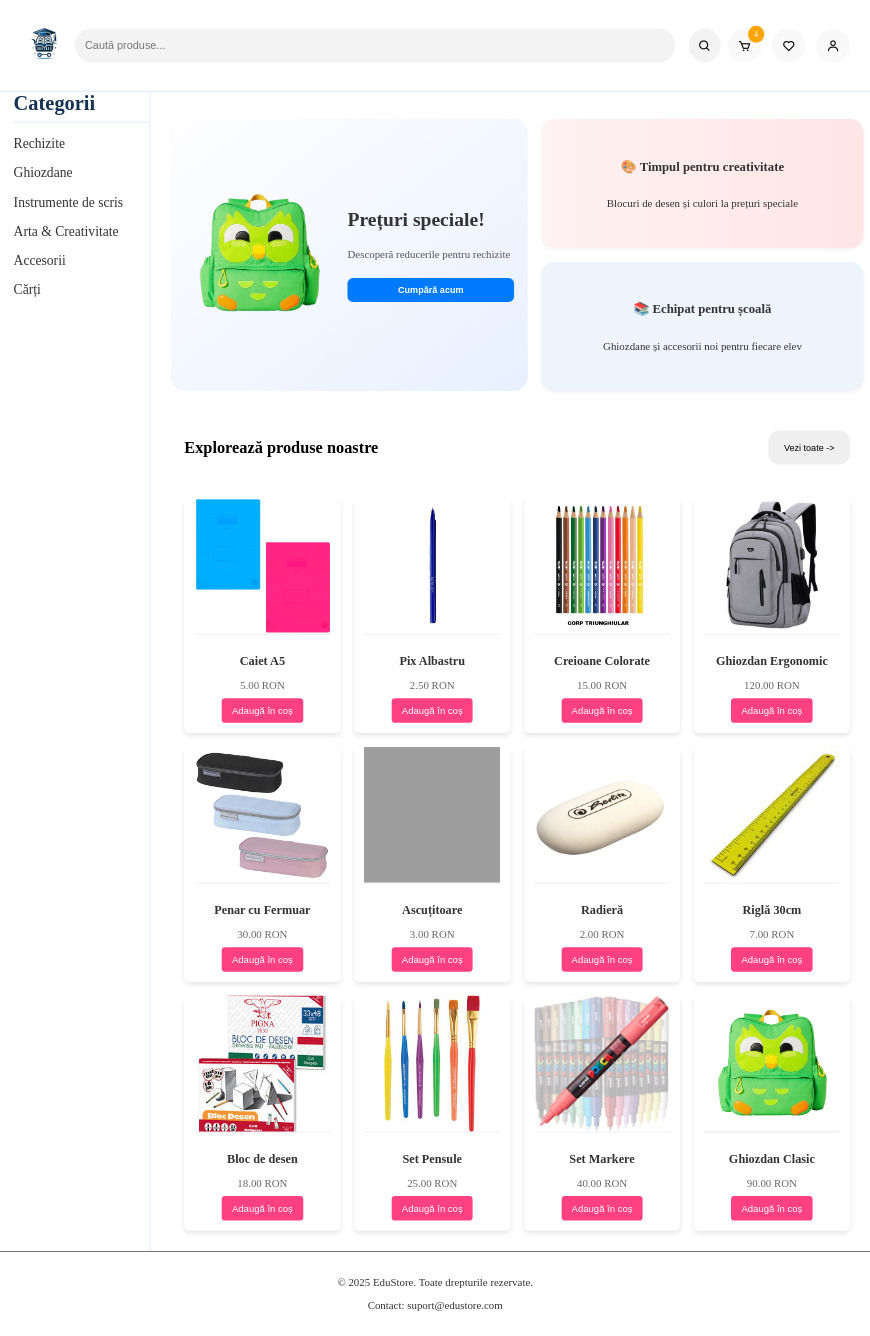
Repository: Roxana5504/WebDev-Project
Page: frontend/index.html
These files come from the project's save history. The page is drawn as it stood at one moment and after the next save; the edit follows.
The browser window is 1280 px wide. The pictures show the whole page, at 68% of full size.
Pictures or frames that could not be fetched are drawn as grey boxes.

Above is the page before, as saved 2025-04-23 17:01:13.

After the next save:
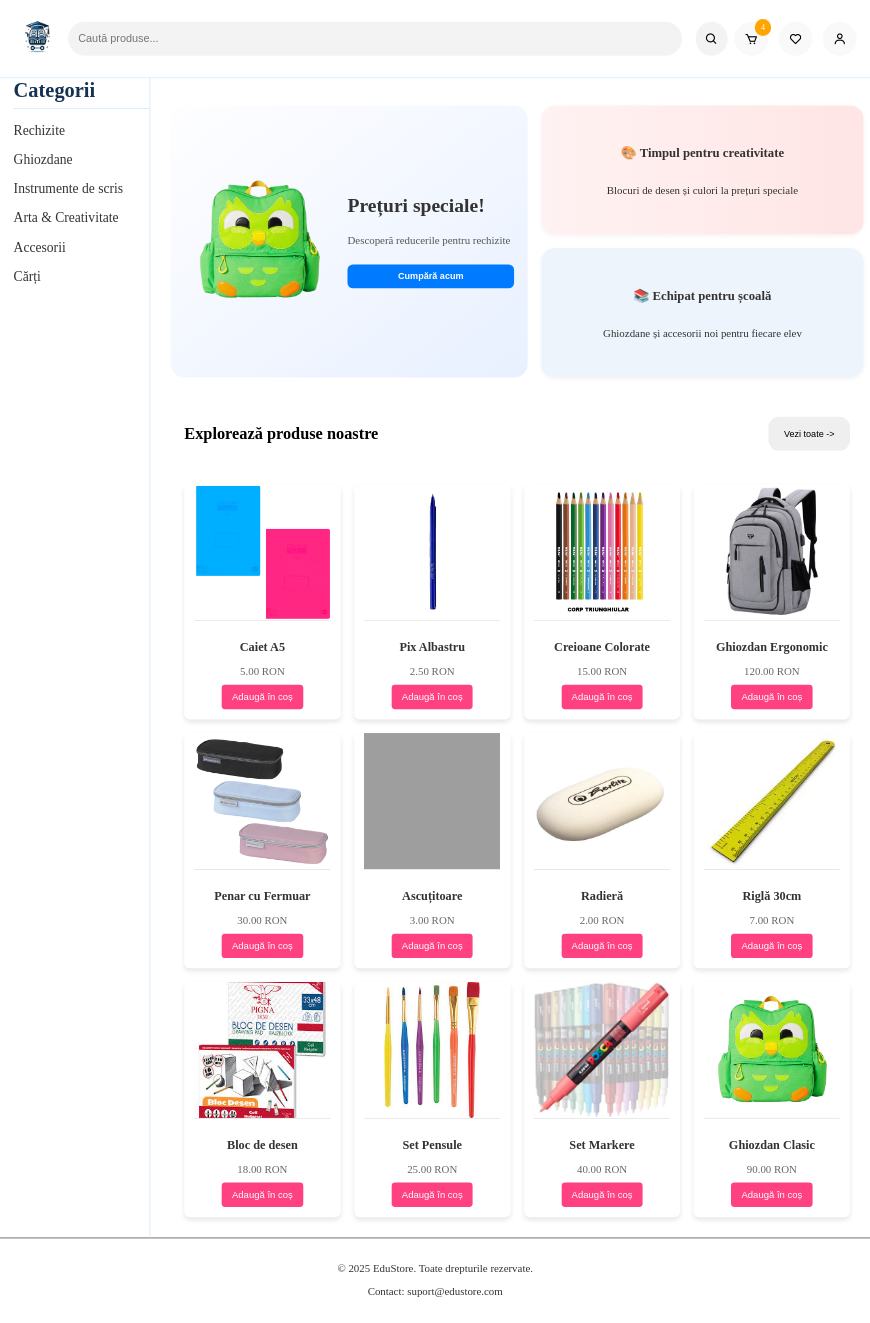
Saved 28 s later.
--- a/frontend/styles.css
+++ b/frontend/styles.css
@@ -83,7 +83,7 @@ body {
 }
 
 .container-header {
-  padding: 30px;
+  padding: 20px;
   display: flex;
   align-items: center;
   justify-content: space-between;
